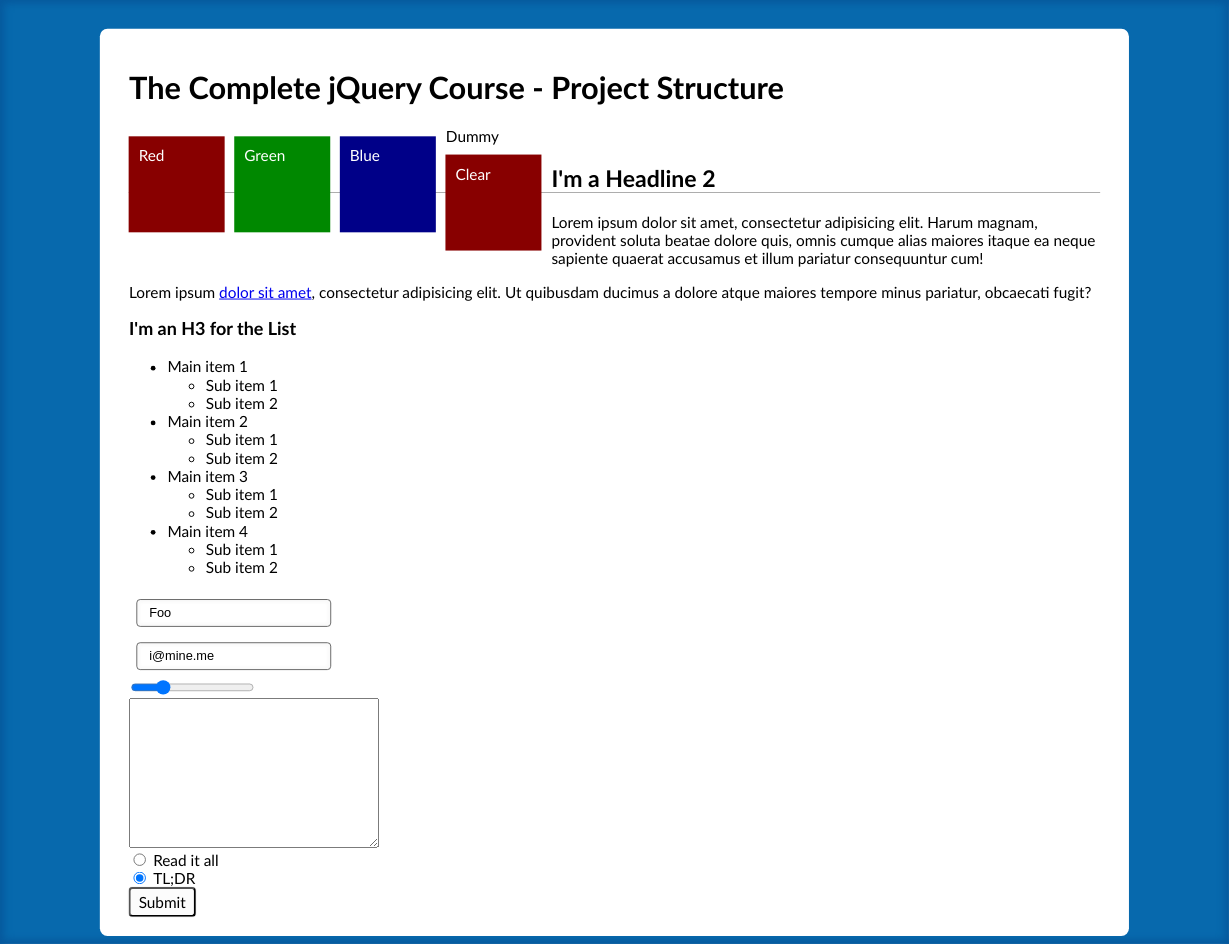
Repository: vpriyankaprabhu/Jquery-examples
Page: 05/add-remove-css-classes/index.html
An editor plug-in stored every save of this project. The page is shown before and after a run of saves, followed by the edit.
The browser window is 1280 px wide. The pictures show the whole page, at 96% of full size.

Above is the page before, as saved 2024-12-30 13:27:53.

### 05/add-remove-css-classes/index.html
<!DOCTYPE html>
<html lang="en">
<head>
  <meta charset="UTF-8">
  <script src="https://code.jquery.com/jquery-1.12.3.min.js" integrity="sha256-aaODHAgvwQW1bFOGXMeX+pC4PZIPsvn2h1sArYOhgXQ=" crossorigin="anonymous"></script>
  <script src="js/script.js"></script>
  <link rel="stylesheet" href="css/style.css">
  <title>The Complete jQuery Course - Course Code</title>
</head>
<body>
  <div id="content">
    <h1>The Complete jQuery Course - Project Structure</h1>

    <div class="red-box">Red</div>
    <div class="green-box">Green</div>
    <div class="blue-box">Blue</div>
    <div class="dummy">Dummy</div>
    <div class="clear">Clear</div>

    <h2>I'm a Headline 2</h2>
    <p>Lorem ipsum dolor sit amet, consectetur adipisicing elit. Harum magnam, provident soluta beatae dolore quis, omnis cumque alias maiores itaque ea neque sapiente quaerat accusamus et illum pariatur consequuntur cum!</p>
    <p>Lorem ipsum <a id="link" title="An amazing link" href="/url">dolor sit amet</a>, consectetur adipisicing elit. Ut quibusdam ducimus a dolore atque maiores tempore minus pariatur, obcaecati fugit?</p>

    <h3>I'm an H3 for the List</h3>
    <!-- An unordered list with ID "list" -->
    <ul id="list">
      <li>Main item 1
        <ul>
          <li>Sub item 1</li>
          <li>Sub item 2</li>
        </ul></li>
      <li>Main item 2
        <ul>
          <li>Sub item 1</li>
          <li>Sub item 2</li>
        </ul></li>
      <li>Main item 3
        <ul>
          <li>Sub item 1</li>
          <li>Sub item 2</li>
        </ul></li>
      <li>Main item 4
        <ul>
          <li>Sub item 1</li>
          <li>Sub item 2</li>
        </ul></li>
    </ul>

    <!-- A form element without class or ID  -->
    <form action="">
      <input type="text" value="Foo"><br>
      <input type="email" value="i@mine.me"><br>
      <input type="range" min="1" max="10" value="3"><br>
      <textarea name="message" id="message" cols="30" rows="10"></textarea><br>
      <input type="radio" name="toc" value="read" id="read"> <label for="read">Read it all</label> <br>
      <input type="radio" name="toc" value="tldr" checked> <label for="tldr">TL;DR</label> <br>
      <input type="submit" value="Submit">
    </form>
</body>
</html>

### 05/add-remove-css-classes/js/script.js
$(function () {

  // Additional CSS classes can be added to an element via addClass()

  // // For instance, add the class .fancy-link to all anchor tags.
  // // Note that you *do not* add a dot in front of the class name here.
  // $("a").addClass("fancy-link");

  // // You can also add multiple classes at once.
  // $("p:first").addClass("large emphasize");

  // // To attach a class based on the index of the element in your selected
  // // set of elements, you can use a callback function.
  // $("li li").addClass(function(index) {
  //   // This adds classes .item-0, .item-1, ... to the list's sub-items.
  //   $(this).addClass("item-" + index);
  // });

  // // You can even use two parameters for the callback function, the index
  // // and the current class of the element.
  // $("div").addClass(function(index, currentClasses) {
  //   console.log(currentClasses);  // String containing all classes

  //   // Add .red-box if the current classes contain "dummy"
  //   if (currentClasses.indexOf("dummy") !== -1) {
  //     return "red-box";
  //   }
  // });

  // // You can again chain these calls to switch one class for another.
  // $(".green-box").removeClass("green-box").addClass("blue-box");

  // // To quickly toggle one particular CSS class, use toggleClass().
  // $("li li:first").toggleClass("emphasize");


  $(".dummy foo bar").removeClass("dummy foo bar").addClass("green-box")
  $(".clear").removeClass("clear").addClass("red-box")
});

### 05/add-remove-css-classes/css/style.css
.lightbox {
  position: absolute;
  top: 0;
  left: 0;
  display: none;
  width: 30%;
  height: 60%;
  padding: 15% 35% 25% 35%;
  color: #000000;
  background-color: rgba(200, 100, 0, 0.9);
  text-align: center;
  text-shadow: #333 0 1px 0; }

.red-box {
  float: left;
  width: 80px;
  height: 80px;
  margin: 10px 10px 10px 0;
  padding: 10px;
  color: #ffffff;
  background-color: #880000; }

.green-box {
  float: left;
  width: 80px;
  height: 80px;
  margin: 10px 10px 10px 0;
  padding: 10px;
  color: #ffffff;
  background-color: #008800; }

.blue-box {
  float: left;
  width: 80px;
  height: 80px;
  margin: 10px 10px 10px 0;
  padding: 10px;
  color: #ffffff;
  background-color: #000088; }

.large {
  font-size: 125%;
}

.emphasize {
  color: #666;
  font-style: italic;
}

fieldset {
  border-radius: 4px;
  -moz-border-radius: 4px;
  -webkit-border-radius: 4px; }

label {
  display: inline-block;
  min-width: 100px; }

input[type="text"], input[type="email"], input[type="password"], input[type="tel"] {
  margin: 8px;
  padding: 6px 12px;
  outline: none;
  border: 1px solid #666;
  border-radius: 4px;
  box-shadow: inset 0 0 3px 3px #fafafa; }

input[type="submit"] {
  font-family: "Trebuchet MS", Verdana, Arial, sans-serif;
  font-size: 16px;
  padding: 4px 8px;
  background-color: #fcfcfc;
  box-shadow: 0 0 1px 0 #aaa;
  -webkit-border-radius: 4px;
  -moz-border-radius: 4px;
  border-radius: 4px; }
  input[type="submit"]:hover {
    background-color: #f4f4f4;
    box-shadow: 0 0 1px 0 #ccc; }

html {
  min-height: 100%;
  background-color: #0769ad;
  box-shadow: 0 0 8px 4px #06599d inset; }

body {
  font-size: 16px;
  font-family: "Trebuchet MS", Verdana, Arial, sans-serif; }

.clear {
  clear: both; }

#content {
  overflow: auto;
  width: 80%;
  background-color: #fff;
  margin: 30px auto 0 auto;
  padding: 20px 30px;
  border-radius: 8px;
  -moz-border-radius: 8px;
  -webkit-border-radius: 8px; }

h1 {
  color: #000; }

h2 {
  border-bottom: 1px solid #aaa; }

#dashboard {
  position: absolute;
  width: 120px;
  height: 60%;
  left: -140px;
  top: 100px;
  padding: 20px;
  border-radius: 0 6px 6px 0;
  box-shadow: 0 0 3px 3px #f0f0f0;
  background-color: #999; }

.fancy-link {
  display: inline-block;
  text-decoration: none;
  color: #111199; }

.fancy-link:after {
  display: block;
  content: '';
  border-bottom: solid 1px #22a;
  transform: scaleX(0.0001);
  transition: transform 250ms ease-in-out; }

.fancy-link:hover:after {
  transform: scaleX(1); }

/*# sourceMappingURL=style.css.map */

After the next 2 saves:
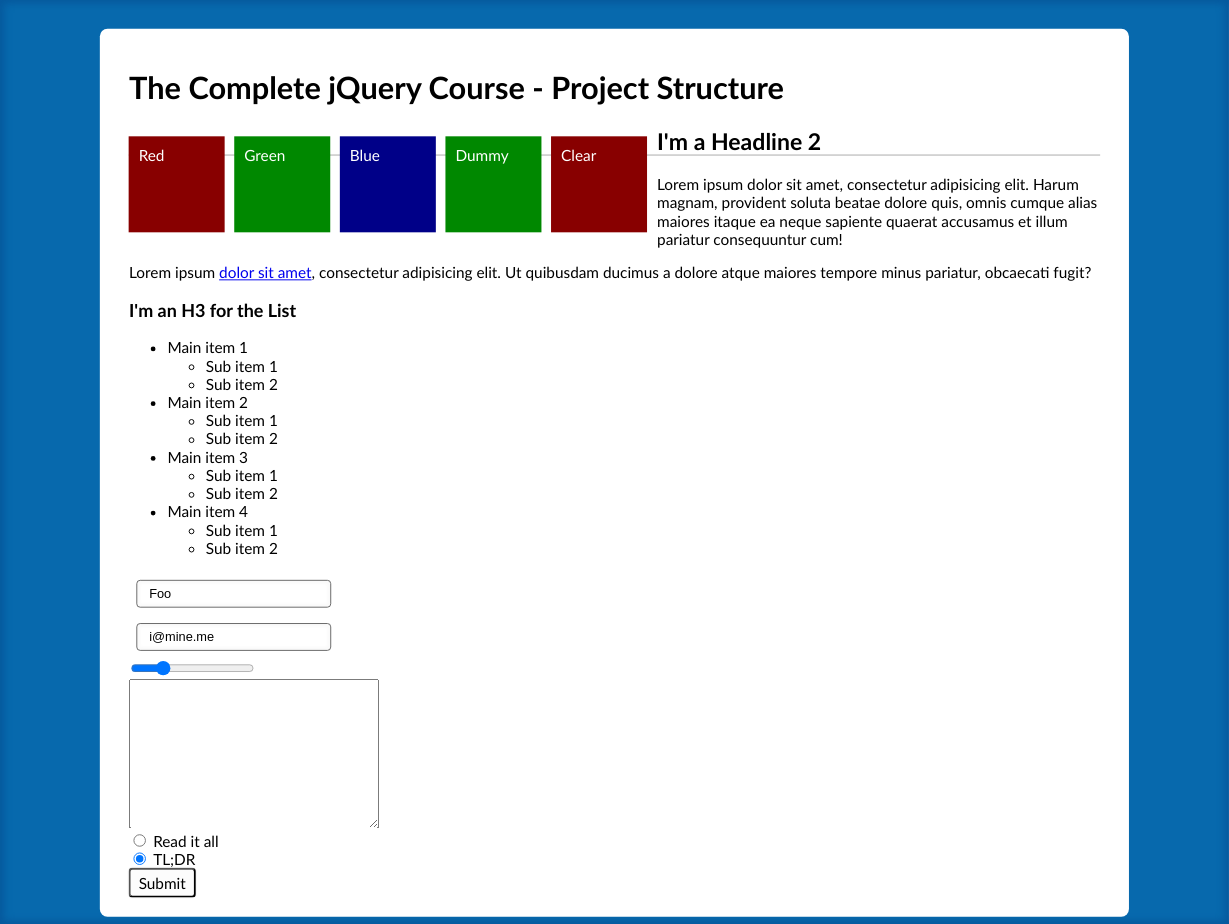
The 2 saves are shown as one change because they came seconds apart.
The last was saved 6 s later.
--- a/05/add-remove-css-classes/js/script.js
+++ b/05/add-remove-css-classes/js/script.js
@@ -34,6 +34,6 @@ $(function () {
   // $("li li:first").toggleClass("emphasize");
 
 
-  $(".dummy foo bar").removeClass("dummy foo bar").addClass("green-box")
+  $(".dummy").removeClass("dummy").addClass("green-box")
   $(".clear").removeClass("clear").addClass("red-box")
 });
